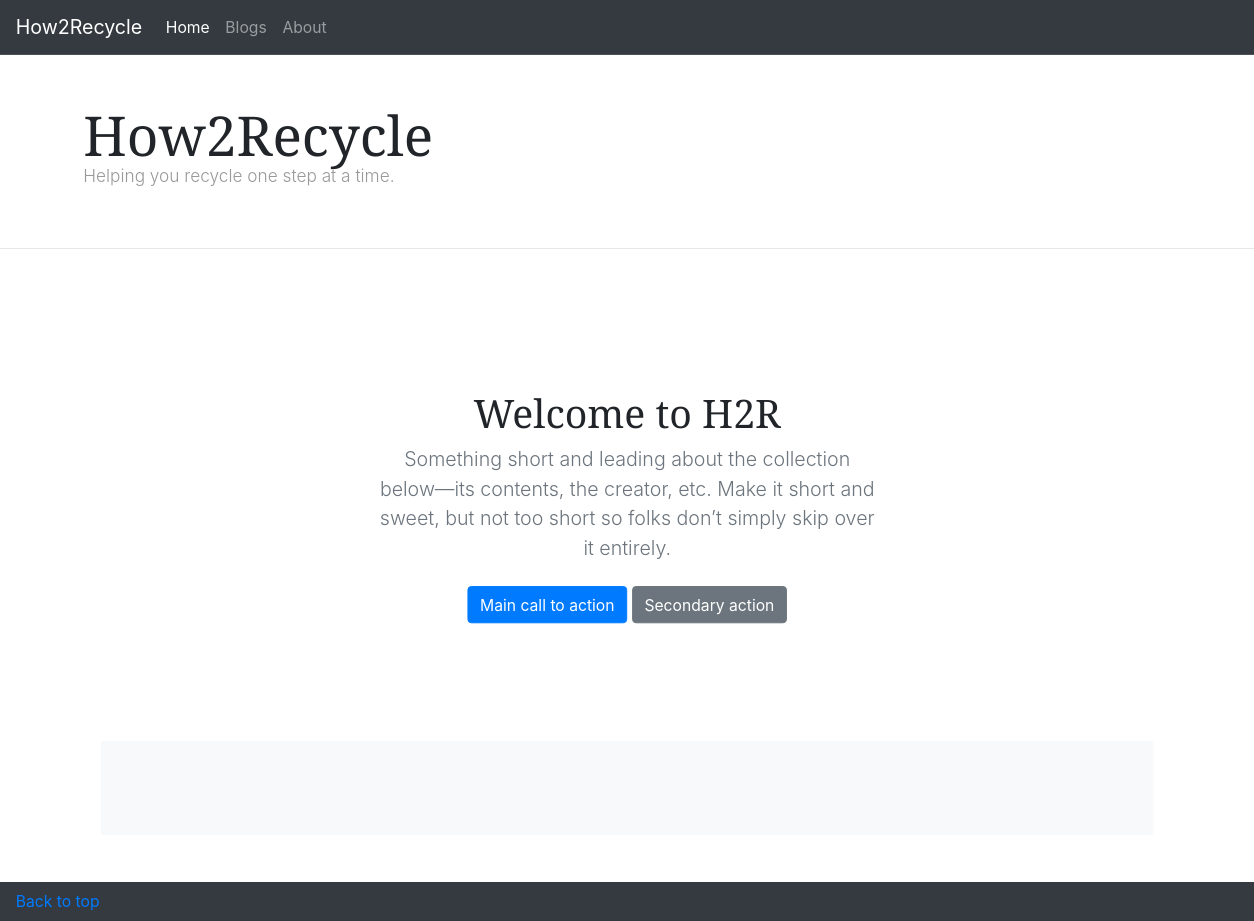
Repository: AshokSasi/CopyNPasta-Recycle-App
Page: http://localhost/
The author's editor kept a copy of each file at every save. The page is drawn from the files as they stood at one save, then again after the next save.
The browser window is 1280 px wide. The pictures show the whole page, at 98% of full size.
The page is served by the project's Laravel application, run on PHP 8.4 with Laravel 8. Other server files are loaded and not shown. Queries for data that is not in the repository find no rows.

Above is the page before, as saved 2021-09-25 15:31:21.

### routes/web.php
<?php


Route::get('/','ItemsController@index');

Route::get('/home/{item}','ItemsController@show');

Route::get('/posts/index','PostsController@index');

Route::get('/posts/create','PostsController@create');

Route::post('/posts','PostsController@store');


Route::get('/posts/{post}','PostsController@show');

Route::post('/posts/{post}/comments','CommentsController@store');

### app/Http/Controllers/ItemsController.php
<?php

namespace App\Http\Controllers;

use Illuminate\Http\Request;
use App\Items;
class ItemsController extends Controller
{
    public function index()
    {
        $items = Items::latest()->get();

        return view('home.index',compact('items'));
    }

    public function show(Items $item)
    {

        return view('home.show',compact('item'));
    }
}

### resources/views/home/index.blade.php
@extends('layouts.master')

@section('content')


<style>
  .bd-placeholder-img {
    font-size: 1.125rem;
    text-anchor: middle;
    -webkit-user-select: none;
    -moz-user-select: none;
    user-select: none;
  }

  @media (min-width: 768px) {
    .bd-placeholder-img-lg {
      font-size: 3.5rem;
    }
  }
</style>
<main>

  <section class="py-5 text-center container">
    <div class="row py-lg-5">
      <div class="col-lg-6 col-md-8 mx-auto">
        <h1 class="fw-light">Welcome to H2R</h1>
        <p class="lead text-muted">Something short and leading about the collection below—its contents, the creator, etc. Make it short and sweet, but not too short so folks don’t simply skip over it entirely.</p>
        <p>
          <a href="#" class="btn btn-primary my-2">Main call to action</a>
          <a href="#" class="btn btn-secondary my-2">Secondary action</a>
        </p>
      </div>
    </div>
  </section>

  <div class="album py-5 bg-light">
    <div class="container">

      <div class="row row-cols-1 row-cols-sm-2 row-cols-md-3 g-3">
        @php ($count = 1)
        @foreach ($items as $item)

        <div class="col">
          <div class="card shadow-sm">
            <img width="100%" height="260" src="/img/{{$item->id}}.jpg" alt="">
            <div class="card-body">
              <h4 class="card-text"> <a href="/home/{{$item->id}}" >
                {{$item->title}}</h2>
              </a></h4>
              <div class="d-flex justify-content-between align-items-center">
              </div>
            </div>
          </div>
        </div>
        @if ($count >2)
        <div class="w-100"></div>
        <br/>
        @php ($count = 1)

        @else
        @php ($count++)

        @endif

          @endforeach



      </div>
    </div>
  </div>

</main>


@endsection

### resources/views/layouts/master.blade.php

<!doctype html>
<html lang="en">
  <head>
    <meta charset="utf-8">
    <meta name="viewport" content="width=device-width, initial-scale=1, shrink-to-fit=no">
    <meta name="description" content="">
    <meta name="author" content="">
    <link rel="icon" href="/docs/4.0/assets/img/favicons/favicon.ico">

    <title>The Bootstrap Blog</title>

    <link rel="canonical" href="https://getbootstrap.com/docs/4.0/examples/album/">

    <!-- Bootstrap core CSS -->
    <link rel="stylesheet" href="https://maxcdn.bootstrapcdn.com/bootstrap/4.0.0/css/bootstrap.min.css"
    integrity="sha384-Gn5384xqQ1aoWXA+058RXPxPg6fy4IWvTNh0E263XmFcJlSAwiGgFAW/dAiS6JXm" crossorigin="anonymous">

    <!-- Custom styles for this template -->
    <link href="/css/app.css" rel="stylesheet">
  </head>

  <body>

    <header>


    @include('layouts.nav')


    </header>

<div class="container p-3 p-md-5">
  <div class="row">
    @yield('content')

  </div>

</div>
@include('layouts.footer')

    <!-- Bootstrap core JavaScript
    ================================================== -->
    <!-- Placed at the end of the document so the pages load faster -->

  </body>
</html>

### resources/views/layouts/nav.blade.php
<nav class="navbar navbar-expand-lg navbar-dark bg-dark">
  <a class="navbar-brand" href="/">How2Recycle</a>
  <button class="navbar-toggler" type="button" data-toggle="collapse" data-target="#navbarSupportedContent" aria-controls="navbarSupportedContent" aria-expanded="false" aria-label="Toggle navigation">
    <span class="navbar-toggler-icon"></span>
  </button>

  <div class="collapse navbar-collapse" id="navbarSupportedContent">
    <ul class="navbar-nav mr-auto">
      <li class="nav-item active">
        <a class="nav-link" href="/">Home <span class="sr-only">(current)</span></a>
      </li>
      <li class="nav-item">
        <a class="nav-link" href="/posts/index">Blogs</a>
      </li>
      <li class="nav-item">
        <a class="nav-link" href="#">About</a>
      </li>


    </ul>

  </div>
</nav>

<div class="blog-header p-3 p-md-5">
  <div class="container">
    <h1 class="blog-title">How2Recycle</h1>
    <p class="lead blog-description">Helping you recycle one step at a time.</p>
  </div>
</div>

### resources/views/layouts/footer.blade.php
<footer class="navbar navbar-dark bg-dark footer">
    <a href="#">Back to top</a>
  </p>
</footer>

### public/css/app.css
/* stylelint-disable selector-list-comma-newline-after */

.blog-header {
    line-height: 1;
    border-bottom: 1px solid #e5e5e5;
  }

  .blog-header-logo {
    font-family: "Playfair Display", Georgia, "Times New Roman", serif;
    font-size: 2.25rem;
  }

  .blog-header-logo:hover {
    text-decoration: none;
  }

  h1,
  h2,
  h3,
  h4,
  h5,
  h6 {
    font-family: "Playfair Display", Georgia, "Times New Roman", serif;
  }

  .display-4 {
    font-size: 2.5rem;
  }

  @media (min-width: 768px) {
    .display-4 {
      font-size: 3rem;
    }
  }

  .nav-scroller {
    position: relative;
    z-index: 2;
    height: 2.75rem;
    overflow-y: hidden;
  }

  .nav-scroller .nav {
    display: -webkit-box;
    display: -ms-flexbox;
    display: flex;
    -ms-flex-wrap: nowrap;
    flex-wrap: nowrap;
    padding-bottom: 1rem;
    margin-top: -1px;
    overflow-x: auto;
    text-align: center;
    white-space: nowrap;
    -webkit-overflow-scrolling: touch;
  }

  .nav-scroller .nav-link {
    padding-top: .75rem;
    padding-bottom: .75rem;
    font-size: .875rem;
  }

  .card-img-right {
    height: 100%;
    border-radius: 0 3px 3px 0;
  }

  .flex-auto {
    -ms-flex: 0 0 auto;
    -webkit-box-flex: 0;
    flex: 0 0 auto;
  }

  .h-250 {
    height: 250px;
  }

  @media (min-width: 768px) {
    .h-md-250 {
      height: 250px;
    }
  }

  .border-top {
    border-top: 1px solid #e5e5e5;
  }

  .border-bottom {
    border-bottom: 1px solid #e5e5e5;
  }

  .box-shadow {
    -webkit-box-shadow: 0 0.25rem 0.75rem rgba(0, 0, 0, 0.05);
            box-shadow: 0 0.25rem 0.75rem rgba(0, 0, 0, 0.05);
  }

  /*
     * Blog name and description
     */

  .blog-title {
    margin-bottom: 0;
    font-size: 2rem;
    font-weight: 400;
  }

  .blog-description {
    font-size: 1.1rem;
    color: #999;
  }

  @media (min-width: 40em) {
    .blog-title {
      font-size: 3.5rem;
    }
  }

  /* Pagination */

  .blog-pagination {
    margin-bottom: 4rem;
  }

  .blog-pagination > .btn {
    border-radius: 2rem;
  }

  /*
     * Blog posts
     */

  .blog-post {
    margin-bottom: 4rem;
  }

  .blog-post-title {
    margin-bottom: .25rem;
    font-size: 2.5rem;
  }

  .blog-post-meta {
    margin-bottom: 1.25rem;
    color: #999;
  }

  /*
     * Footer
     */

  .blog-footer {
    padding: 2.5rem 0;
    color: #999;
    text-align: center;
    background-color: #f9f9f9;
    border-top: .05rem solid #e5e5e5;
  }

  .blog-footer p:last-child {
    margin-bottom: 0;
  }

/* stylelint-disable selector-list-comma-newline-after */

.blog-header {
    line-height: 1;
    border-bottom: 1px solid #e5e5e5;
  }

  .blog-header-logo {
    font-family: "Playfair Display", Georgia, "Times New Roman", serif;
    font-size: 2.25rem;
  }

  .blog-header-logo:hover {
    text-decoration: none;
  }

  h1,
  h2,
  h3,
  h4,
  h5,
  h6 {
    font-family: "Playfair Display", Georgia, "Times New Roman", serif;
  }

  .display-4 {
    font-size: 2.5rem;
  }

  @media (min-width: 768px) {
    .display-4 {
      font-size: 3rem;
    }
  }

  .nav-scroller {
    position: relative;
    z-index: 2;
    height: 2.75rem;
    overflow-y: hidden;
  }

  .nav-scroller .nav {
    display: -webkit-box;
    display: -ms-flexbox;
    display: flex;
    -ms-flex-wrap: nowrap;
    flex-wrap: nowrap;
    padding-bottom: 1rem;
    margin-top: -1px;
    overflow-x: auto;
    text-align: center;
    white-space: nowrap;
    -webkit-overflow-scrolling: touch;
  }

  .nav-scroller .nav-link {
    padding-top: .75rem;
    padding-bottom: .75rem;
    font-size: .875rem;
  }

  .card-img-right {
    height: 100%;
    border-radius: 0 3px 3px 0;
  }

  .flex-auto {
    -ms-flex: 0 0 auto;
    -webkit-box-flex: 0;
    flex: 0 0 auto;
  }

  .h-250 {
    height: 250px;
  }

  @media (min-width: 768px) {
    .h-md-250 {
      height: 250px;
    }
  }

  .border-top {
    border-top: 1px solid #e5e5e5;
  }

  .border-bottom {
    border-bottom: 1px solid #e5e5e5;
  }

  .box-shadow {
    -webkit-box-shadow: 0 0.25rem 0.75rem rgba(0, 0, 0, 0.05);
            box-shadow: 0 0.25rem 0.75rem rgba(0, 0, 0, 0.05);
  }

  /*
     * Blog name and description
     */

  .blog-title {
    margin-bottom: 0;
    font-size: 2rem;
    font-weight: 400;
  }

  .blog-description {
    font-size: 1.1rem;
    color: #999;
  }

  @media (min-width: 40em) {
    .blog-title {
      font-size: 3.5rem;
    }
  }

  /* Pagination */

  .blog-pagination {
    margin-bottom: 4rem;
  }

  .blog-pagination > .btn {
    border-radius: 2rem;
  }

  /*
     * Blog posts
     */

  .blog-post {
    margin-bottom: 4rem;
  }

  .blog-post-title {
    margin-bottom: .25rem;
    font-size: 2.5rem;
  }

  .blog-post-meta {
    margin-bottom: 1.25rem;
    color: #999;
  }

  /*
     * Footer
     */

  .blog-footer {
    padding: 2.5rem 0;
    color: #999;
    text-align: center;
    background-color: #f9f9f9;
    border-top: .05rem solid #e5e5e5;
  }

  .blog-footer p:last-child {
    margin-bottom: 0;
  }
  .red-text{
    color:red;
  }

  /* ============================================================================================== */

Loaded but not shown: app/Http/Controllers/Controller.php (common file); app/Items.php (common file)

After the next save:
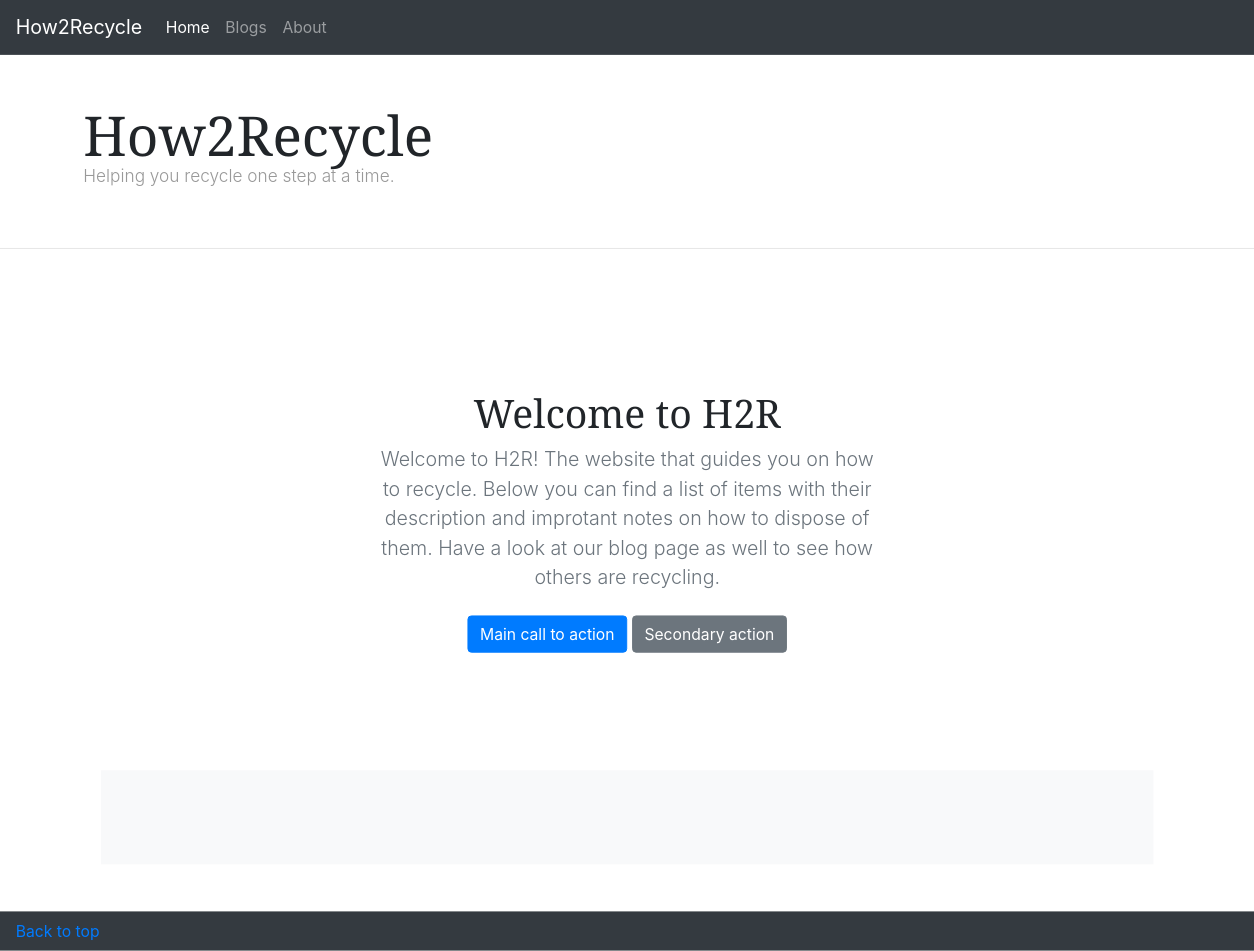
Saved 3 min 4 s later.
--- a/resources/views/home/index.blade.php
+++ b/resources/views/home/index.blade.php
@@ -24,7 +24,7 @@
     <div class="row py-lg-5">
       <div class="col-lg-6 col-md-8 mx-auto">
         <h1 class="fw-light">Welcome to H2R</h1>
-        <p class="lead text-muted">Something short and leading about the collection below—its contents, the creator, etc. Make it short and sweet, but not too short so folks don’t simply skip over it entirely.</p>
+        <p class="lead text-muted">Welcome to H2R! The website that guides you on how to recycle. Below you can find a list of items with their description and improtant notes on how to dispose of them. Have a look at our blog page as well to see how others are recycling.</p>
         <p>
           <a href="#" class="btn btn-primary my-2">Main call to action</a>
           <a href="#" class="btn btn-secondary my-2">Secondary action</a>
